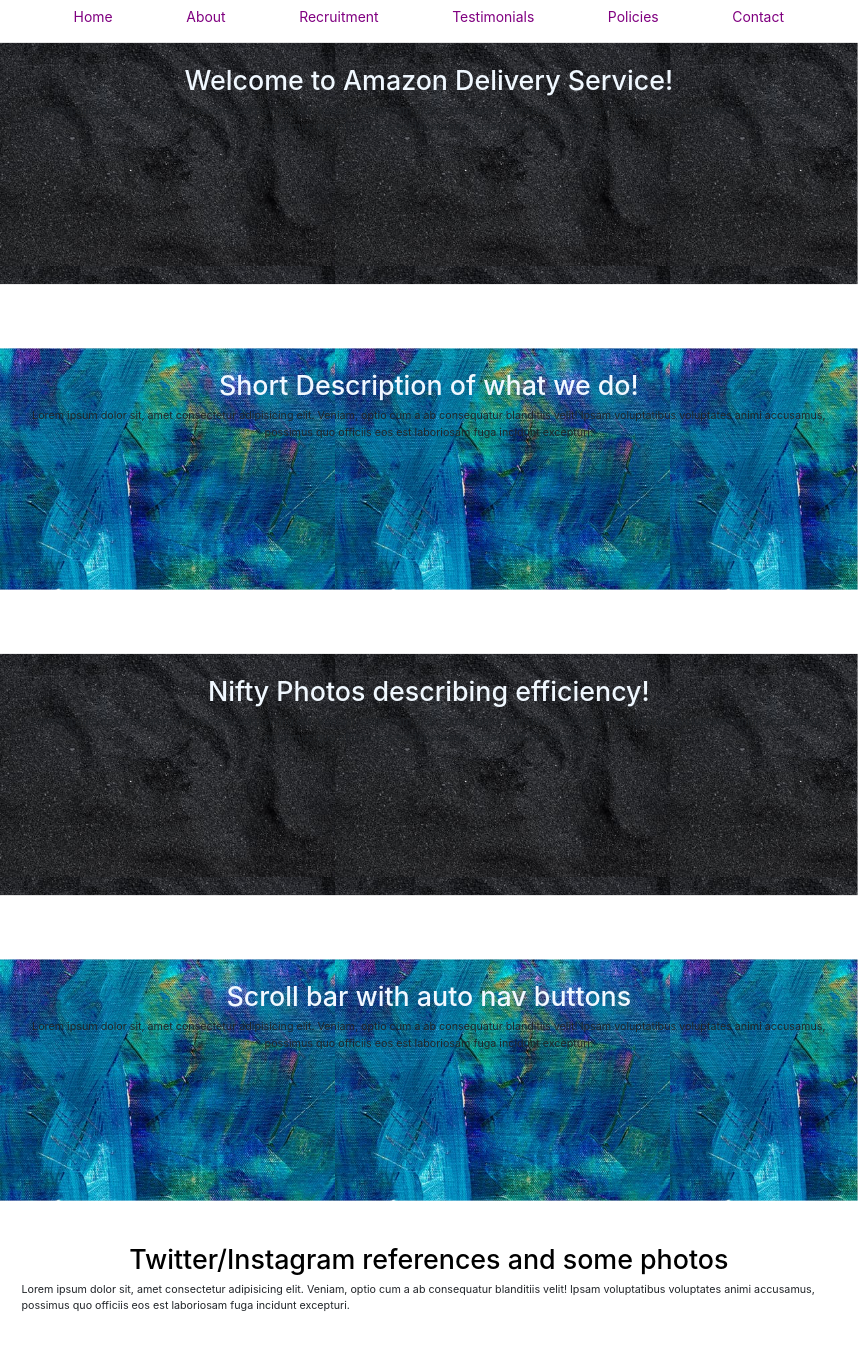
Repository: cerebrium/website
Page: /
These files come from the project's save history. The page is drawn as it stood at one moment and after the next save; the edit follows.
The browser window is 1280 px wide. The pictures show the whole page, at 67% of full size.
The project was rebuilt for these pictures with package versions that can differ from the ones it lists, and the page was loaded fresh each time. Also part of the build but not shown: src/Routes/About.jsx, src/Routes/Recruitment.jsx, src/Routes/Testimonials.jsx, src/Routes/Policies.jsx, src/Routes/Contact.jsx.

Above is the page before, as saved 2019-11-02 13:09:23.

### src/App.jsx
import React from 'react';
import './styles/App.css'
import {
  BrowserRouter as Router,
  Route,
  Link
} from 'react-router-dom';
import About from './Routes/About'
import Recruitment from './Routes/Recruitment'
import Testimonials from './Routes/Testimonials'
import Policies from './Routes/Policies'
import Home from './Routes/Home'
import Contact from './Routes/Contact'

class App extends React.Component {
  render () {
    return (
      <Router>
        <div className='mainContainer'>
          <div className='navContainer'>
            <div><Link to='/' className='nav'>Home</Link></div><div><Link to='/about' className='nav'>About</Link></div><div><Link to='/recruitment' className='nav'>Recruitment</Link></div><div><Link to='/testimonials' className='nav'>Testimonials</Link></div><div><Link to='/policies' className='nav'>Policies</Link></div><div><Link to='/contact'className='nav'>Contact</Link></div>
          </div>
          <Route exact path='/' component={Home}/>
          <Route exact path='/about' component={About}/>
          <Route exact path='/recruitment' component={Recruitment}/>
          <Route exact path='/testimonials' component={Testimonials}/>
          <Route exact path='/policies' component={Policies}/>
          <Route exact path='/contact' component={Contact}/>
        </div>
      </Router>
    )
  }
}

export default App;

### src/styles/App.css

/***************************** MAIN APP STYLING ******************************/

.App {
  text-align: center;
}

.mainContainer {
  min-width: 100vw;
}

.navContainer {
  z-index: 1;
  display: flex;
  flex-flow: row;
  align-items: center;
  justify-content: space-evenly;
  position: fixed; /* Make it stick, even on scroll */
  width: 100%;
  margin: 0;
  padding: 0;
  height: 7%;
  background: white;
}

.nav {
  text-decoration: none;
  color: purple;
  font-size: 1.3em;
}

/***************************** HOME APP STYLING ******************************/
.rowCentering {
  display: flex;
  justify-content: center;
  width: 100%;
  height: 100%;
}

.contentCentering {
  display: flex;
  align-items: flex-start;
  flex-flow: column;
  border: 5em;
  padding: 2em;
  /* margin: 5em; */
  width: 100%;
}

.contentBackground {
  height: 50vh;
  text-align: center;
  position: relative;
  width: 100%;
  background-image: url('./slideTwo.jpeg');
  margin: 2em 0em;
}

.pictureBackground {
  height: 50vh;
  text-align: center;
  position: relative;
  width: 100%;
  background-image: url('./slideOne.jpeg');
  margin: 4em 0em;
}

.bottomContent {
  color: black;
}

h1 {
  color: aliceblue;
  position: relative;
  text-align: center;
  width: 100%;
}

### src/Routes/Home.jsx
import React from 'react';
import '../styles/App.css';

class Home extends React.Component {
    render () {
        return (
            <div className='mainContainer'>
                <div className='rowCentering'>
                    <div className='contentCentering pictureBackground'>
                        <h1>Welcome to Amazon Delivery Service!</h1>
                        <p>Lorem ipsum dolor sit, amet consectetur adipisicing elit. Veniam, optio cum a ab consequatur blanditiis velit! Ipsam voluptatibus voluptates animi accusamus, possimus quo officiis eos est laboriosam fuga incidunt excepturi.</p>
                    </div>
                </div>
                <div className='rowCentering'>
                    <div className='contentCentering contentBackground'>
                        <h1>Short Description of what we do!</h1>
                        <p>Lorem ipsum dolor sit, amet consectetur adipisicing elit. Veniam, optio cum a ab consequatur blanditiis velit! Ipsam voluptatibus voluptates animi accusamus, possimus quo officiis eos est laboriosam fuga incidunt excepturi.</p>
                    </div>
                </div>
                <div className='rowCentering'>
                    <div className='contentCentering pictureBackground'>
                        <h1>Nifty Photos describing efficiency!</h1>
                        <p>Lorem ipsum dolor sit, amet consectetur adipisicing elit. Veniam, optio cum a ab consequatur blanditiis velit! Ipsam voluptatibus voluptates animi accusamus, possimus quo officiis eos est laboriosam fuga incidunt excepturi.</p>
                    </div>
                </div>
                <div className='rowCentering'>
                    <div className='contentCentering contentBackground'>
                        <h1>Scroll bar with auto nav buttons</h1>
                        <p>Lorem ipsum dolor sit, amet consectetur adipisicing elit. Veniam, optio cum a ab consequatur blanditiis velit! Ipsam voluptatibus voluptates animi accusamus, possimus quo officiis eos est laboriosam fuga incidunt excepturi.</p>
                    </div>
                </div>
                <div className='rowCentering'>
                    <div className='contentCentering'>
                        <h1 className='bottomContent'>Twitter/Instagram references and some photos</h1>
                        <p>Lorem ipsum dolor sit, amet consectetur adipisicing elit. Veniam, optio cum a ab consequatur blanditiis velit! Ipsam voluptatibus voluptates animi accusamus, possimus quo officiis eos est laboriosam fuga incidunt excepturi.</p>
                    </div>
                </div>
            </div>
        )
    }
}

export default Home;

Loaded but not shown: public/index.html (common file); src/index.js (common file); src/index.css (common file); src/serviceWorker.js (common file)

After the next save:
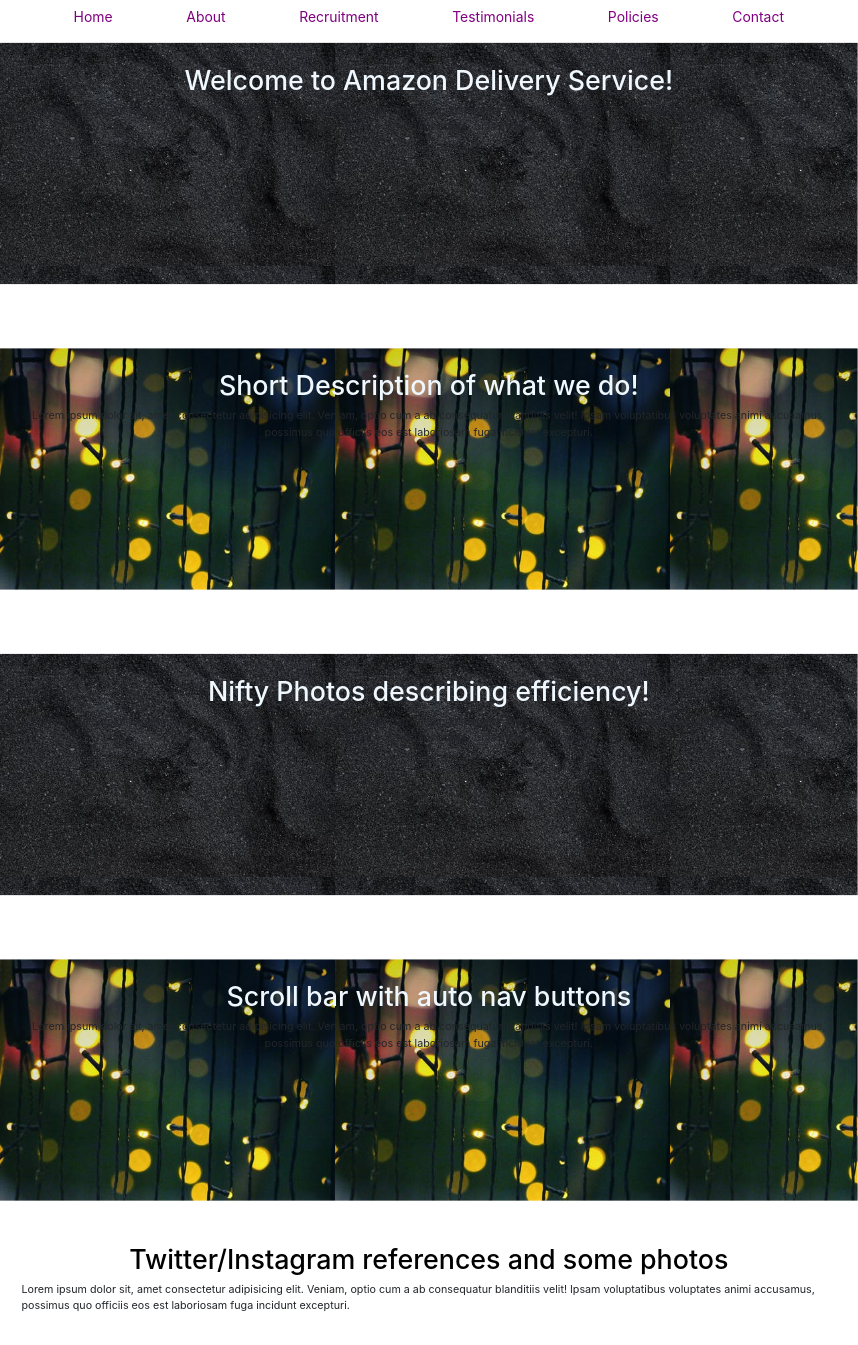
Saved 6 s later.
--- a/src/styles/App.css
+++ b/src/styles/App.css
@@ -52,7 +52,7 @@
   text-align: center;
   position: relative;
   width: 100%;
-  background-image: url('./slideTwo.jpeg');
+  background-image: url('./slideThree.jpeg');
   margin: 2em 0em;
 }
 
